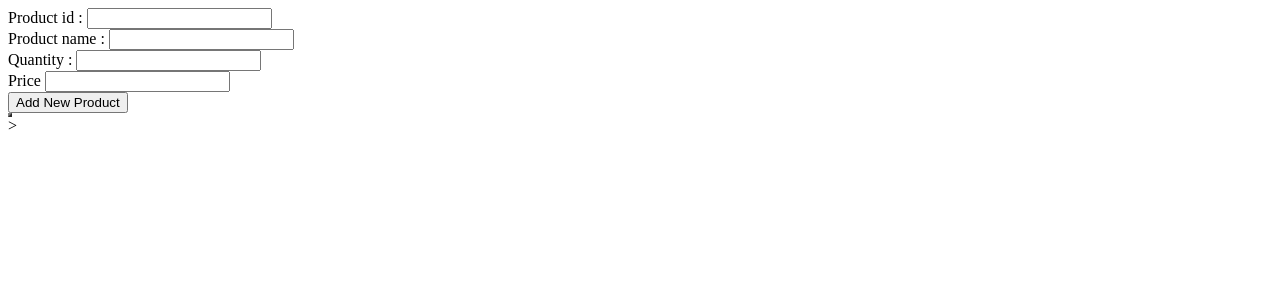
Repository: ravikumar0303/Advance-Java
Page: http://localhost/JSP_Product/addproduct.jsp
These files come from the project's save history. The page is drawn as it stood at one moment and after the next save; the edit follows.
The browser window is 1280 px wide. The pictures show the whole page.
The page is served by Tomcat 9. Other server files are loaded and not shown.

Above is the page before, as saved 2023-06-27 07:17:41.

### JSP_Product/src/main/webapp/addproduct.jsp
<%@ page language="java" contentType="text/html; charset=ISO-8859-1"
    pageEncoding="ISO-8859-1"%>
<!DOCTYPE html>
<html>
<head>
<meta charset="ISO-8859-1">
<title>Insert title here</title>
</head>
<body>
<table border="2">
	<form action="addproduct" method="post">
	Product id : <input type="text" name="pid" id="pid" ><br>
	Product name : <input type="text" name="pname" id="pname" ><br>
	Quantity : <input type="text" name="qty" id="qty" ><br>
	Price <input type="text" name="price" id="price" ><br>

	<button type="submit" name="btn" id="btn" value="add">Add New Product</button>
	</form>
	</table>>
</body>
</html>

After the next save:
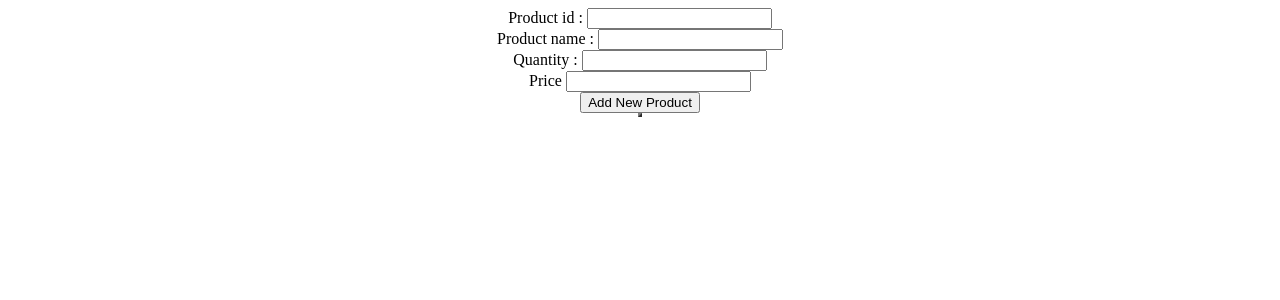
Saved 27 s later.
--- a/JSP_Product/src/main/webapp/addproduct.jsp
+++ b/JSP_Product/src/main/webapp/addproduct.jsp
@@ -6,6 +6,7 @@
 <meta charset="ISO-8859-1">
 <title>Insert title here</title>
 </head>
+<center>
 <body>
 <table border="2">
 	<form action="addproduct" method="post">
@@ -16,6 +17,6 @@
 
 	<button type="submit" name="btn" id="btn" value="add">Add New Product</button>
 	</form>
-	</table>>
+	</table>
 </body>
 </html>
